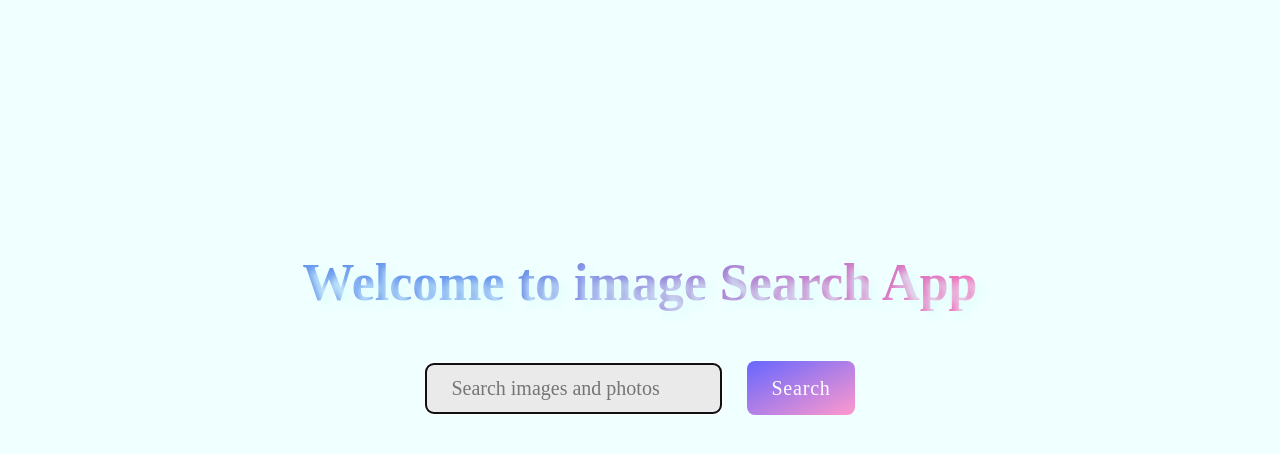
Repository: PoppyHanna/goit-neo-react-hw-module4
Page: /
The author's editor kept a copy of each file at every save. The page is drawn from the files as they stood at one save, then again after the next save.
The browser window is 1280 px wide. The pictures show the whole page.
The project was rebuilt for these pictures with package versions that can differ from the ones it lists, and the page was loaded fresh each time. Also part of the build but not shown: vite.config.js, src/components/loader/Loader.jsx, src/components/card/ImageCard.module.css, src/components/card/ImageCard.jsx, src/components/modal/ImageModal.module.css, src/components/load/LoadMoreBtn.module.css, src/components/load/LoadMoreBtn.jsx.

Above is the page before, as saved 2026-06-21 16:12:32.

After the next save:
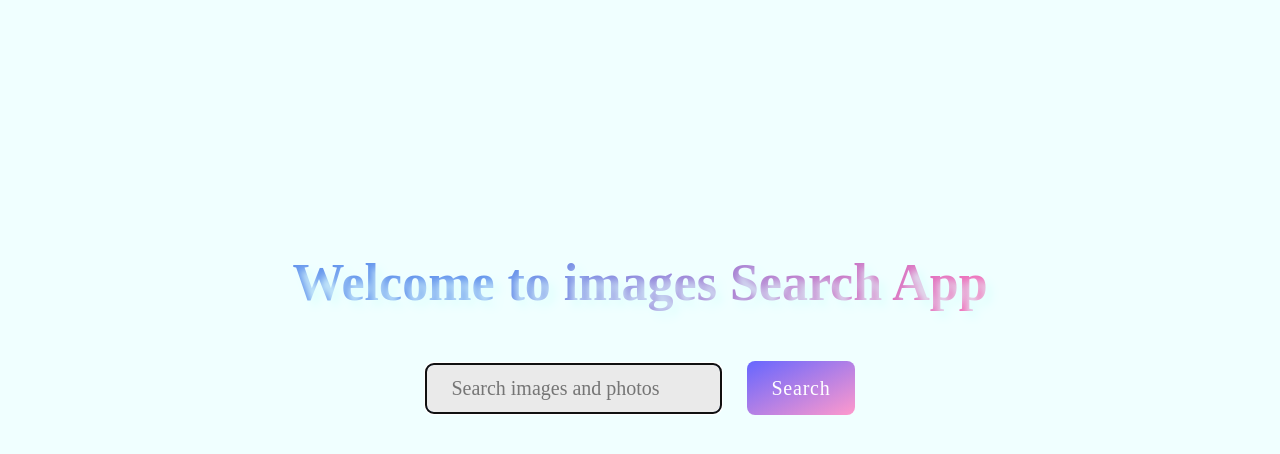
Saved 110 s later.
--- a/src/App.jsx
+++ b/src/App.jsx
@@ -34,11 +34,11 @@ export default function App() {
         );
         const { results, total_pages } = response.data;
         setImages((prevImages) => [...prevImages, ...results]);
-        setShowBtn(total_pages && total_pages !== page); // Перевірка для відображення кнопки "Load more"
-        setLoading(false); // Після завершення завантаження ховаємо loader
+        setShowBtn(total_pages && total_pages !== page);
+        setLoading(false);
       } catch {
         setError('Error fetching images. Please try again later.');
-        setLoading(false); // При помилці також ховаємо loader
+        setLoading(false);
       }
     };
 
@@ -51,9 +51,9 @@ export default function App() {
 
   const handleSubmit = (query) => {
     setQuery(query);
-    setPage(1); // Скидаємо сторінку до першої при новому пошуковому запиті
-    setImages([]); // Очищаємо список зображень
-    setLoading(true); // Показуємо loader після натискання на кнопку пошуку
+    setPage(1);
+    setImages([]);
+    setLoading(true);
   };
 
   const handleImageClick = (image) => {
@@ -66,7 +66,7 @@ export default function App() {
 
   return (
     <>
-      <h1 className='title'>Welcome to image Search App</h1>
+      <h1 className='title'>Welcome to images Search App</h1>
       <SearchBar onSubmit={handleSubmit} />
       <ul className='list'>
         {images.map((image) => (
@@ -75,10 +75,10 @@ export default function App() {
           </li>
         ))}
       </ul>
-      {loading && <Loader />} {/* Показуємо loader під галереєю зображень під час завантаження */}
+      {loading && <Loader />}
       {showBtn && <LoadMoreBtn onClick={handleLoadMore} />}
       <ImageModal isOpen={selectedImage !== null} image={selectedImage} onClose={handleCloseModal} />
-      {error && <p className="error-message">{error}</p>} {/* Відображення текстового повідомлення помилки */}
+      {error && <p className="error-message">{error}</p>}
     </>
   );
 }
